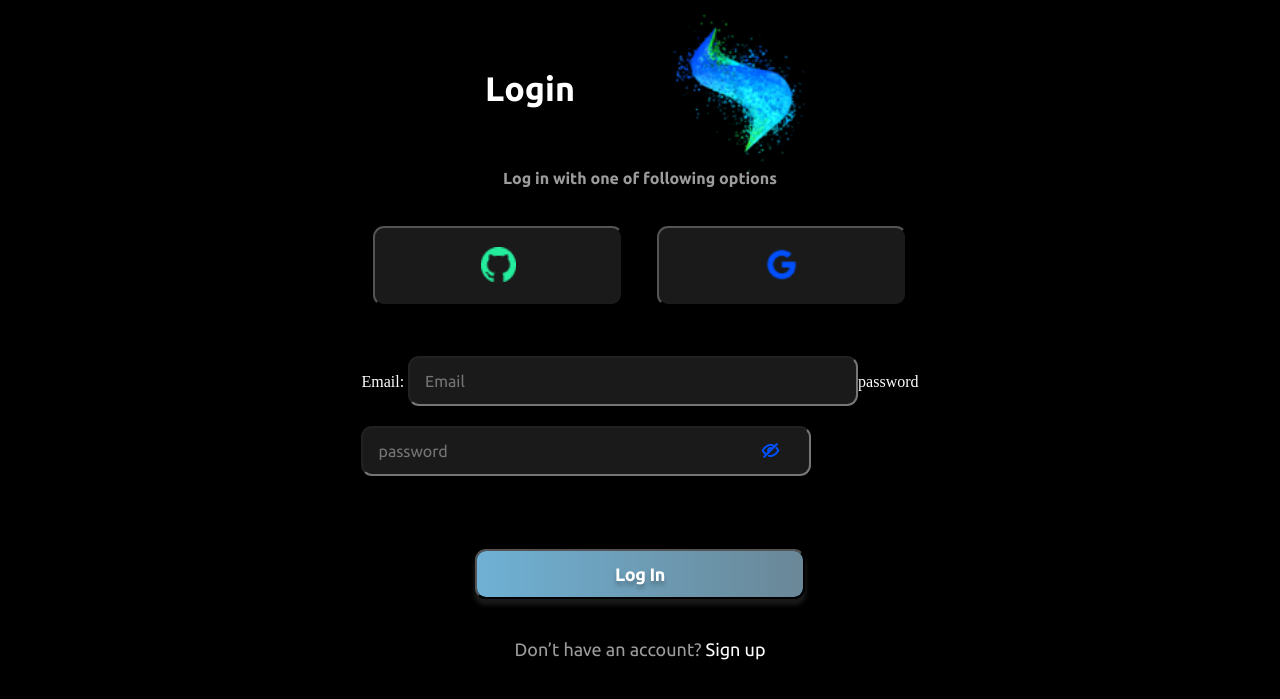
Repository: Cherced/QuanticFilms
Page: /login
The author's editor kept a copy of each file at every save. The page is drawn from the files as they stood at one save, then again after the next save.
The browser window is 1280 px wide. The pictures show the whole page.
The page's requests for data from a server got no answer. The project was rebuilt for these pictures with package versions that can differ from the ones it lists, and the page was loaded fresh each time. The framework's server and built-in components were replaced by stand-ins that run in the browser. No one was signed in, and anything a server would have sent is missing. Also part of the build but not shown: components/atoms/HeaderFloat.jsx, components/atoms/InputBasicAccont.jsx, components/atoms/InputBasicAccontPassword.jsx.

Above is the page before, as saved 2022-06-10 12:02:24.

After the next save:
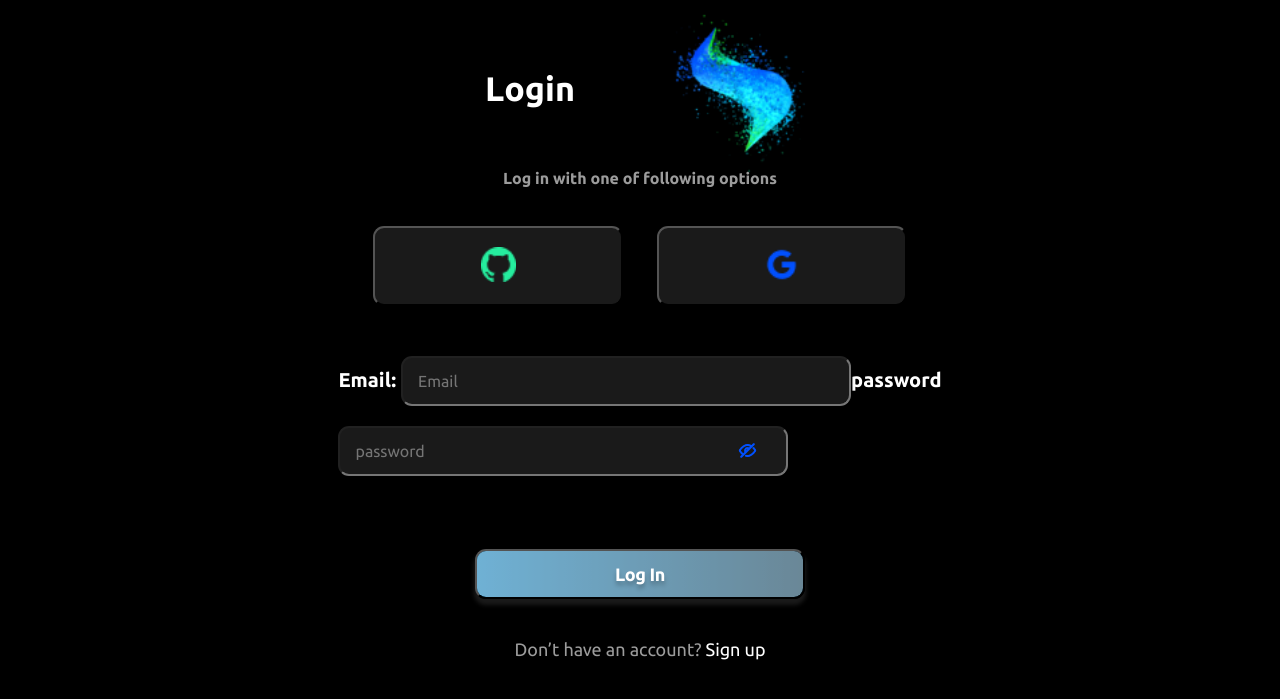
Saved 92 s later.
--- a/sass/components/_inputBasicAccount.scss
+++ b/sass/components/_inputBasicAccount.scss
@@ -1,5 +1,5 @@
 .inputBasicAccont {
-    h1 {
+    label {
         font-family: 'Ubuntu';
         font-style: normal;
         font-weight: 700;
@@ -104,7 +104,7 @@
 
 @media screen and (min-width: 768px) {
     .inputBasicAccont {
-        h1 {
+        label {
             margin-top: 20px;
             font-size: 20px;
         }
